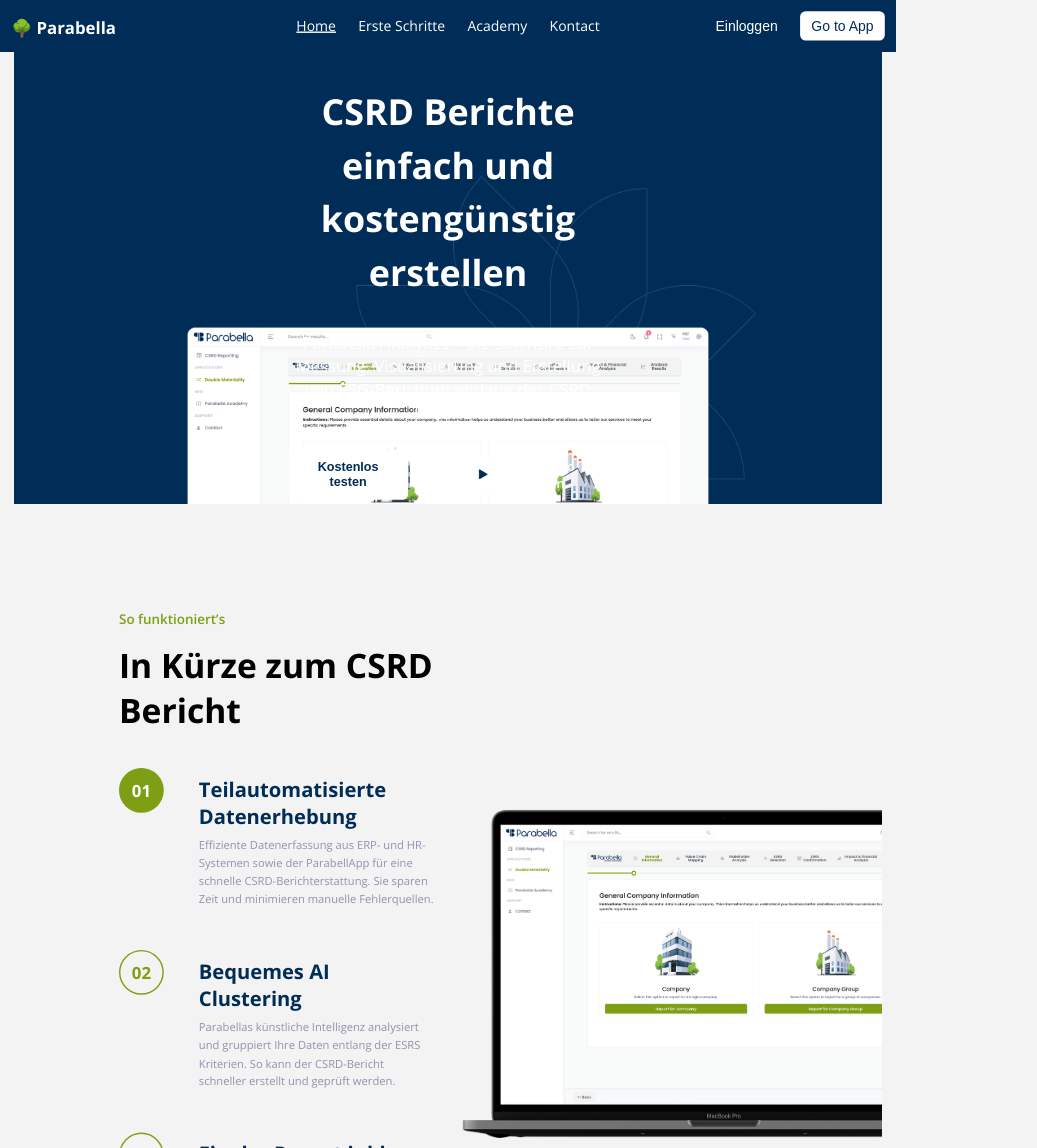
Repository: AiTrinh303/Parabella_Clone
Page: /
An editor plug-in stored every save of this project. The page is shown before and after the next save, followed by the edit.
The browser window is 1280 px wide. The page is 1482 px wide, then 1462 px, so the pictures cover 1482 px, including what lies to the right of the window. The pictures show the part of the page from y = 0 to 1640 px (the page is 8595 px tall before and 8556 px after), at 70% of full size.
The project was rebuilt for these pictures with package versions that can differ from the ones it lists, and the page was loaded fresh each time. Also part of the build but not shown: vite.config.js, src/pages/HomePage/HomePage.scss, src/pages/ErsteSchrittePage/ErsteSchrittePage.jsx, src/pages/AcademyPage/AcademyPage.jsx, src/pages/ContactPage/ContactPage.jsx. Imported but missing from the stored project, and not drawn on this page: src/assets/natur.mp4.

Above is the page before, as saved 2024-09-30 15:19:59.

After the next save:
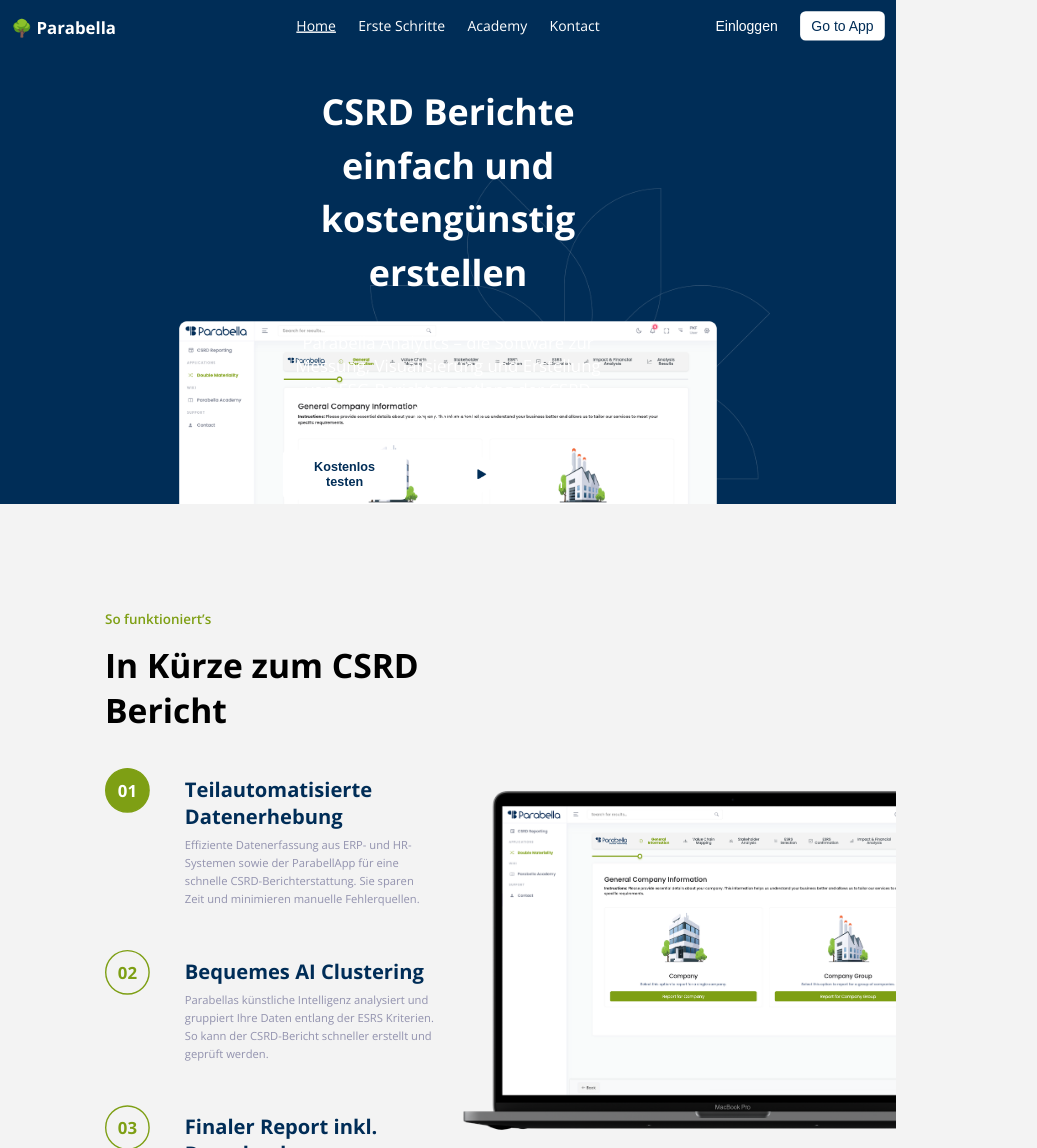
Saved 14 s later.
--- a/src/layouts/layout.scss
+++ b/src/layouts/layout.scss
@@ -4,11 +4,11 @@
   display: flex;
   flex-direction: column;
   min-height: 100vh;
-  max-width: 1366px;
-  margin-left: auto;
-  margin-right: auto;
-  padding-left: 20px;
-  padding-right: 20px;
+  // max-width: 1366px;
+  // margin-left: auto;
+  // margin-right: auto;
+  // padding-left: 20px;
+  // padding-right: 20px;
 
   @include lg {
     max-width: 1280px;
